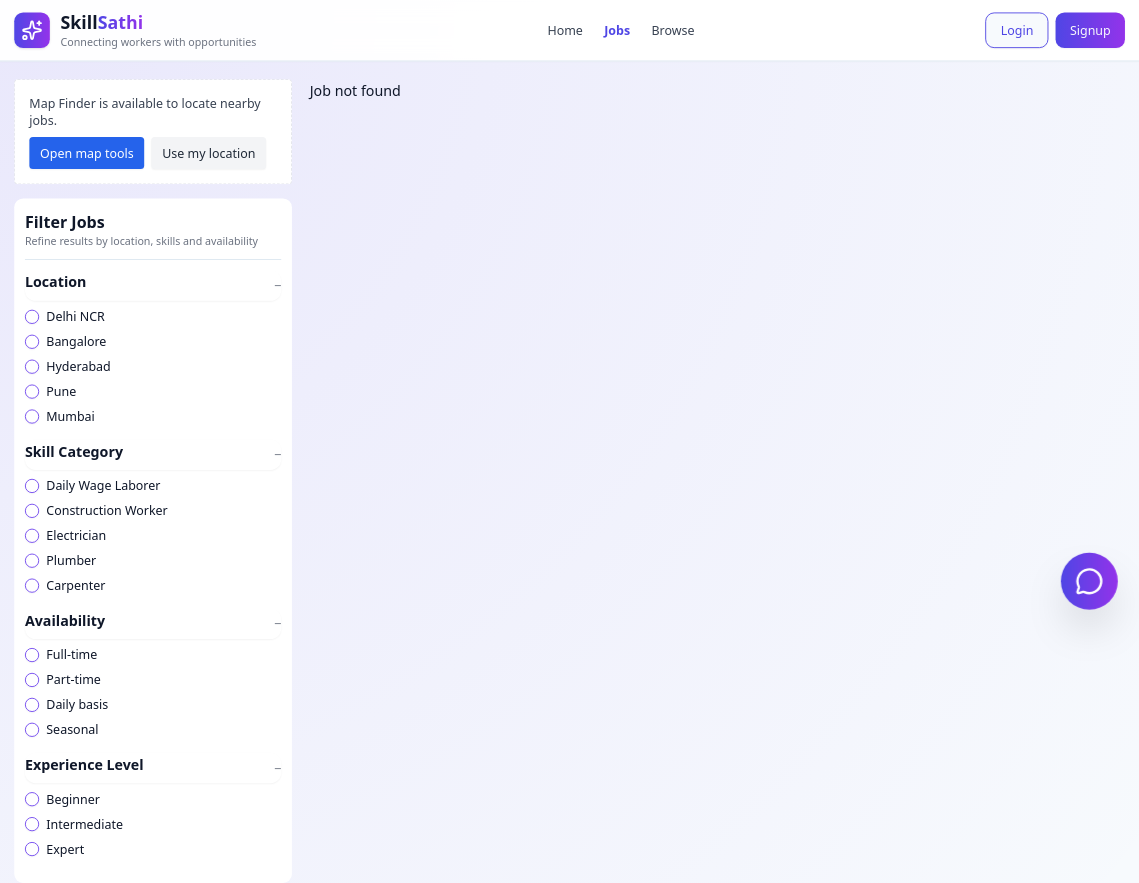
Repository: pi-AshuSingh/SkillSathi
Page: /jobs (app in frontend/)
The author's editor kept a copy of each file at every save. The page is drawn from the files as they stood at one save, then again after the next save.
The browser window is 1280 px wide. The pictures show the whole page, at 89% of full size.
The project was rebuilt for these pictures with package versions that can differ from the ones it lists, and the page was loaded fresh each time. Also part of the build but not shown: frontend/vite.config.js, frontend/src/components/ui/popover.jsx, frontend/src/components/ui/avatar.jsx, frontend/src/components/ui/input.jsx, frontend/src/components/ui/radio-group.jsx, frontend/src/components/auth/Login.jsx, frontend/src/components/auth/Signup.jsx, frontend/src/components/HeroSection.jsx and 37 more.

Above is the page before, as saved 2025-11-11 08:54:44.

### frontend/index.html
<!doctype html>
<html lang="en">
  <head>
    <meta charset="UTF-8" />
    <link rel="icon" type="image/svg+xml" href="/vite.svg" />
    <meta name="viewport" content="width=device-width, initial-scale=1.0" />
    <title>SkillSathi</title>
  </head>
  <body>
    <div id="root"></div>
    <script type="module" src="/src/main.jsx"></script>
  </body>
</html>

### frontend/src/index.css
@tailwind base;
@tailwind components;
@tailwind utilities;

@layer base {
  :root {
    /* Light mode colors */
    --background: 210 60% 98%;
    --foreground: 222 47% 11%;

    --card: 210 65% 96%;
    --card-foreground: 222 47% 11%;

    --popover: 210 65% 96%;
    --popover-foreground: 222 47% 11%;

    --primary: 255 84% 60%; /* vibrant blue */
    --primary-foreground: 210 40% 98%;

    --secondary: 300 45% 70%; /* gentle purple */
    --secondary-foreground: 255 84% 60%;

    --muted: 210 40% 95%;
    --muted-foreground: 210 20% 50%;

    --accent: 46 85% 65%; /* fresh green */
    --accent-foreground: 210 40% 98%;

    --destructive: 344 85% 58%; /* soft red */
    --destructive-foreground: 210 40% 98%;

    --border: 210 40% 90%;
    --input: 210 40% 90%;
    --ring: 255 84% 70%;

    --radius: 0.75rem;
    --shadow-sm: 0 1px 2px rgb(0 0 0 / 0.05);
    --shadow-md: 0 4px 6px rgb(0 0 0 / 0.1);
    --shadow-lg: 0 10px 15px rgb(0 0 0 / 0.15);
  }

  .dark {
    /* Dark mode colors */
    --background: 222 20% 15%;
    --foreground: 210 40% 98%;

    --card: 222 20% 20%;
    --card-foreground: 210 40% 98%;

    --popover: 222 20% 20%;
    --popover-foreground: 210 40% 98%;

    --primary: 255 84% 70%;
    --primary-foreground: 222 47% 11%;

    --secondary: 300 55% 75%;
    --secondary-foreground: 255 84% 70%;

    --muted: 222 20% 25%;
    --muted-foreground: 210 20% 70%;

    --accent: 140 60% 55%;
    --accent-foreground: 210 40% 98%;

    --destructive: 344 70% 58%;
    --destructive-foreground: 210 40% 98%;

    --border: 222 20% 25%;
    --input: 222 20% 25%;
    --ring: 255 84% 90%;
  }
}

@layer base {
  * {
    @apply border-border;
    transition-property: background-color, border-color, color, fill, stroke, box-shadow, transform;
    transition-duration: 300ms;
    transition-timing-function: cubic-bezier(0.4, 0, 0.2, 1);
  }

  body {
    @apply bg-background text-foreground font-sans leading-relaxed;
    background-image: radial-gradient(circle at top left, hsl(var(--primary) / 0.1), transparent);
  }

  button {
    @apply shadow-sm rounded-[var(--radius)] hover:shadow-md focus:outline-none focus:ring-2 focus:ring-offset-2 focus:ring-primary;
  }

  .card {
    @apply bg-card text-card-foreground p-6 rounded-[var(--radius)] shadow-md hover:shadow-lg transition-shadow;
  }

  input[type="text"], textarea, select {
    @apply bg-input border border-border rounded-[var(--radius)] px-4 py-2 focus:outline-none focus:ring-2 focus:ring-offset-1 focus:ring-accent transition;
  }
}

### frontend/src/components/ui/sonner.jsx
import { useTheme } from "next-themes"
import { Toaster as Sonner } from "sonner"

const Toaster = ({
  ...props
}) => {
  const { theme = "system" } = useTheme()

  return (
    (<Sonner
      theme={theme}
      className="toaster group"
      toastOptions={{
        classNames: {
          toast:
            "group toast group-[.toaster]:bg-background group-[.toaster]:text-foreground group-[.toaster]:border-border group-[.toaster]:shadow-lg",
          description: "group-[.toast]:text-muted-foreground",
          actionButton:
            "group-[.toast]:bg-primary group-[.toast]:text-primary-foreground",
          cancelButton:
            "group-[.toast]:bg-muted group-[.toast]:text-muted-foreground",
        },
      }}
      {...props} />)
  );
}

export { Toaster }

### frontend/src/components/Jobs.jsx
import React, { useEffect, useState, Suspense } from 'react'
import Navbar from './shared/Navbar'
import FilterCard from './FilterCard'
const MapFinder = React.lazy(() => import('./MapFinder'))
import Job from './Job';
import { useSelector } from 'react-redux';
import { motion } from 'framer-motion';

// const jobsArray = [1, 2, 3, 4, 5, 6, 7, 8];

const Jobs = () => {
    const { allJobs, searchedQuery } = useSelector(store => store.job);
    const [filterJobs, setFilterJobs] = useState(allJobs);
    const [showMap, setShowMap] = useState(false);

    useEffect(() => {
        if (searchedQuery) {
            // Split the query by spaces to get individual filter terms
            const filterTerms = searchedQuery.toLowerCase().split(' ').filter(term => term.length > 0);

            const filteredJobs = allJobs.filter((job) => {
                // Check if any of the filter terms match job properties
                return filterTerms.some(term =>
                    job.title.toLowerCase().includes(term) ||
                    job.description.toLowerCase().includes(term) ||
                    job.location.toLowerCase().includes(term) ||
                    (job.requirements && job.requirements.some(req => req.toLowerCase().includes(term))) ||
                    (job.jobType && job.jobType.toLowerCase().includes(term)) ||
                    (job.experienceLevel && job.experienceLevel.toString().toLowerCase().includes(term))
                );
            });
            setFilterJobs(filteredJobs);
        } else {
            setFilterJobs(allJobs);
        }
    }, [allJobs, searchedQuery]);

    return (
        <div>
            <Navbar />
            <div className='max-w-7xl mx-auto mt-5 px-4'>
                <div className='flex gap-5 flex-col md:flex-row'>
                    <div className='w-full md:w-1/4'>
                        <div className="mb-4">
                            {!showMap ? (
                                <div className="p-4 rounded border border-dashed border-gray-200 bg-white">
                                    <div className="text-sm text-gray-700 mb-2">Map Finder is available to locate nearby jobs.</div>
                                    <div className="flex gap-2">
                                        <button
                                            onMouseEnter={() => import('./MapFinder')}
                                            onClick={() => setShowMap(true)}
                                            className="px-3 py-2 bg-blue-600 text-white rounded text-sm hover:bg-blue-700"
                                        >
                                            Open map tools
                                        </button>
                                        <button
                                            className="px-3 py-2 bg-gray-100 text-gray-800 rounded text-sm"
                                            onClick={() => { navigator.geolocation ? navigator.geolocation.getCurrentPosition(()=>{}) : null }}
                                        >
                                            Use my location
                                        </button>
                                    </div>
                                </div>
                            ) : (
                                <Suspense fallback={<div className="p-3 rounded bg-gray-50 text-sm">Loading map tools…</div>}>
                                    <MapFinder />
                                </Suspense>
                            )}
                        </div>
                        <FilterCard />
                    </div>
                    {
                        filterJobs.length <= 0 ? <span>Job not found</span> : (
                            <div className='flex-1 h-auto md:h-[80vh] overflow-y-auto pb-5'>
                                <div className='grid grid-cols-1 sm:grid-cols-2 lg:grid-cols-3 gap-4'>
                                    {
                                        filterJobs.map((job) => (
                                            <motion.div
                                                initial={{ opacity: 0, x: 100 }}
                                                animate={{ opacity: 1, x: 0 }}
                                                exit={{ opacity: 0, x: -100 }}
                                                transition={{ duration: 0.3 }}
                                                key={job?._id}>
                                                <Job job={job} />
                                            </motion.div>
                                        ))
                                    }
                                </div>
                            </div>
                        )
                    }
                </div>
            </div>


        </div>
    )
}

export default Jobs

### frontend/src/components/ui/button.jsx
import * as React from "react"
import { Slot } from "@radix-ui/react-slot"
import { cva } from "class-variance-authority";

import { cn } from "@/lib/utils"

const buttonVariants = cva(
  "inline-flex items-center justify-center whitespace-nowrap rounded-md text-sm font-medium ring-offset-background transition-colors focus-visible:outline-none focus-visible:ring-2 focus-visible:ring-ring focus-visible:ring-offset-2 disabled:pointer-events-none disabled:opacity-50",
  {
    variants: {
      variant: {
        default: "bg-primary text-primary-foreground hover:bg-primary/90",
        destructive:
          "bg-destructive text-destructive-foreground hover:bg-destructive/90",
        outline:
          "border border-input bg-background hover:bg-accent hover:text-accent-foreground",
        secondary:
          "bg-secondary text-secondary-foreground hover:bg-secondary/80",
        ghost: "hover:bg-accent hover:text-accent-foreground",
        link: "text-primary underline-offset-4 hover:underline",
      },
      size: {
        default: "h-10 px-4 py-2",
        sm: "h-9 rounded-md px-3",
        lg: "h-11 rounded-md px-8",
        icon: "h-10 w-10",
      },
    },
    defaultVariants: {
      variant: "default",
      size: "default",
    },
  }
)

const Button = React.forwardRef(({ className, variant, size, asChild = false, ...props }, ref) => {
  const Comp = asChild ? Slot : "button"
  return (
    (<Comp
      className={cn(buttonVariants({ variant, size, className }))}
      ref={ref}
      {...props} />)
  );
})
Button.displayName = "Button"

export { Button, buttonVariants }

### frontend/src/components/FilterCard.jsx
import React, { useEffect, useState } from 'react'
import { Label } from './ui/label'
import { useDispatch } from 'react-redux'
import { setSearchedQuery } from '@/redux/jobSlice'
import { Checkbox } from './ui/checkbox'
import { Button } from './ui/button'
import { X } from 'lucide-react'

const filterData = [
  {
    filterType: "Location",
    array: ["Delhi NCR", "Bangalore", "Hyderabad", "Pune", "Mumbai"]
  },
  {
    filterType: "Skill Category",
    array: ["Daily Wage Laborer", "Construction Worker", "Electrician", "Plumber", "Carpenter"]
  },
  {
    filterType: "Availability",
    array: ["Full-time", "Part-time", "Daily basis", "Seasonal"]
  },
  {
    filterType: "Experience Level",
    array: ["Beginner", "Intermediate", "Expert"]
  }
]

const FilterCard = () => {
  const [selectedFilters, setSelectedFilters] = useState([]);
  const [openSections, setOpenSections] = useState(() => filterData.reduce((acc, cur) => ({ ...acc, [cur.filterType]: true }), {}));
  const dispatch = useDispatch();

  const handleCheckboxChange = (value, isChecked) => {
    if (isChecked) {
      setSelectedFilters(prev => [...prev, value]);
    } else {
      setSelectedFilters(prev => prev.filter(item => item !== value));
    }
  }

  const clearAllFilters = () => {
    setSelectedFilters([]);
  }

  const toggleSection = (section) => {
    setOpenSections(prev => ({ ...prev, [section]: !prev[section] }));
  }

  const removeFilter = (value) => {
    setSelectedFilters(prev => prev.filter(item => item !== value));
  }

  useEffect(() => {
    // Join all selected filters into a single search query
    const query = selectedFilters.join(' ');
    dispatch(setSearchedQuery(query));
  }, [selectedFilters, dispatch]);

  return (
    // Make sidebar sticky so filters stay visible while scrolling
    <aside className='w-full bg-white p-3 rounded-md sticky top-24'>
      <div className='flex items-center justify-between mb-3'>
        <div>
          <h1 className='font-bold text-lg'>Filter Jobs</h1>
          <p className='text-xs text-gray-500'>Refine results by location, skills and availability</p>
        </div>
        <div className='flex items-center gap-2'>
          {selectedFilters.length > 0 && (
            <Button
              variant="ghost"
              size="sm"
              onClick={clearAllFilters}
              className="text-xs"
            >
              Clear All
            </Button>
          )}
        </div>
      </div>
      <hr className='mb-3' />
      {
        filterData.map((data, index) => (
          <div key={index} className='mb-4'>
            <button
              type='button'
              aria-expanded={openSections[data.filterType]}
              onClick={() => toggleSection(data.filterType)}
              className='w-full flex items-center justify-between'
            >
              <h2 className='font-semibold text-md mb-2 text-left'>{data.filterType}</h2>
              <span className='text-sm text-gray-500'>{openSections[data.filterType] ? '−' : '+'}</span>
            </button>

            {openSections[data.filterType] && (
              <div className='mt-2'>
                {data.array.map((item, idx) => {
                  const itemId = `filter-${index}-${idx}`;
                  const isChecked = selectedFilters.includes(item);

                  return (
                    <div className='flex items-center space-x-2 my-2' key={itemId}>
                      <Checkbox
                        id={itemId}
                        checked={isChecked}
                        onCheckedChange={(checked) => handleCheckboxChange(item, checked)}
                      />
                      <Label
                        htmlFor={itemId}
                        className="cursor-pointer text-sm font-normal"
                      >
                        {item}
                      </Label>
                    </div>
                  )
                })}
              </div>
            )}
          </div>
        ))
      }
      {selectedFilters.length > 0 && (
        <div className='mt-4 p-2 bg-gray-100 rounded-md'>
          <p className='text-xs font-semibold mb-2'>Active Filters</p>
          <div className='flex flex-wrap gap-2'>
            {selectedFilters.map((filter, idx) => (
              <button
                key={idx}
                onClick={() => removeFilter(filter)}
                className='flex items-center gap-1 text-xs bg-blue-100 text-blue-800 px-2 py-1 rounded-full hover:bg-blue-200'
                aria-label={`Remove filter ${filter}`}
              >
                <span>{filter}</span>
                <X className='w-3 h-3' />
              </button>
            ))}
          </div>
        </div>
      )}
    </aside>
  )
}

export default FilterCard;

### frontend/src/components/ui/checkbox.jsx
import * as React from "react"
import * as CheckboxPrimitive from "@radix-ui/react-checkbox"
import { Check } from "lucide-react"

import { cn } from "@/lib/utils"

const Checkbox = React.forwardRef(({ className, ...props }, ref) => (
  <CheckboxPrimitive.Root
    ref={ref}
    className={cn(
      "peer h-4 w-4 shrink-0 rounded-sm border border-primary ring-offset-background focus-visible:outline-none focus-visible:ring-2 focus-visible:ring-ring focus-visible:ring-offset-2 disabled:cursor-not-allowed disabled:opacity-50 data-[state=checked]:bg-primary data-[state=checked]:text-primary-foreground",
      className
    )}
    {...props}
  >
    <CheckboxPrimitive.Indicator
      className={cn("flex items-center justify-center text-current")}
    >
      <Check className="h-4 w-4" />
    </CheckboxPrimitive.Indicator>
  </CheckboxPrimitive.Root>
))
Checkbox.displayName = CheckboxPrimitive.Root.displayName

export { Checkbox }

Loaded but not shown: frontend/src/main.jsx (common file); frontend/src/redux/authSlice.js (common file); frontend/src/redux/applicationSlice.js (common file); frontend/src/components/ui/label.jsx (common file); frontend/src/lib/utils.js (common file); frontend/tailwind.config.js (common file); frontend/src/redux/jobSlice.js (43 lines, source omitted); frontend/src/redux/store.js (43 lines, source omitted); frontend/src/redux/companySlice.js (24 lines, source omitted); frontend/src/utils/constant.js (9 lines, source omitted); frontend/src/components/Chatbot.jsx (275 lines, source omitted); frontend/src/components/shared/Navbar.jsx (140 lines, source omitted); frontend/src/App.jsx (196 lines, source omitted)

After the next save:
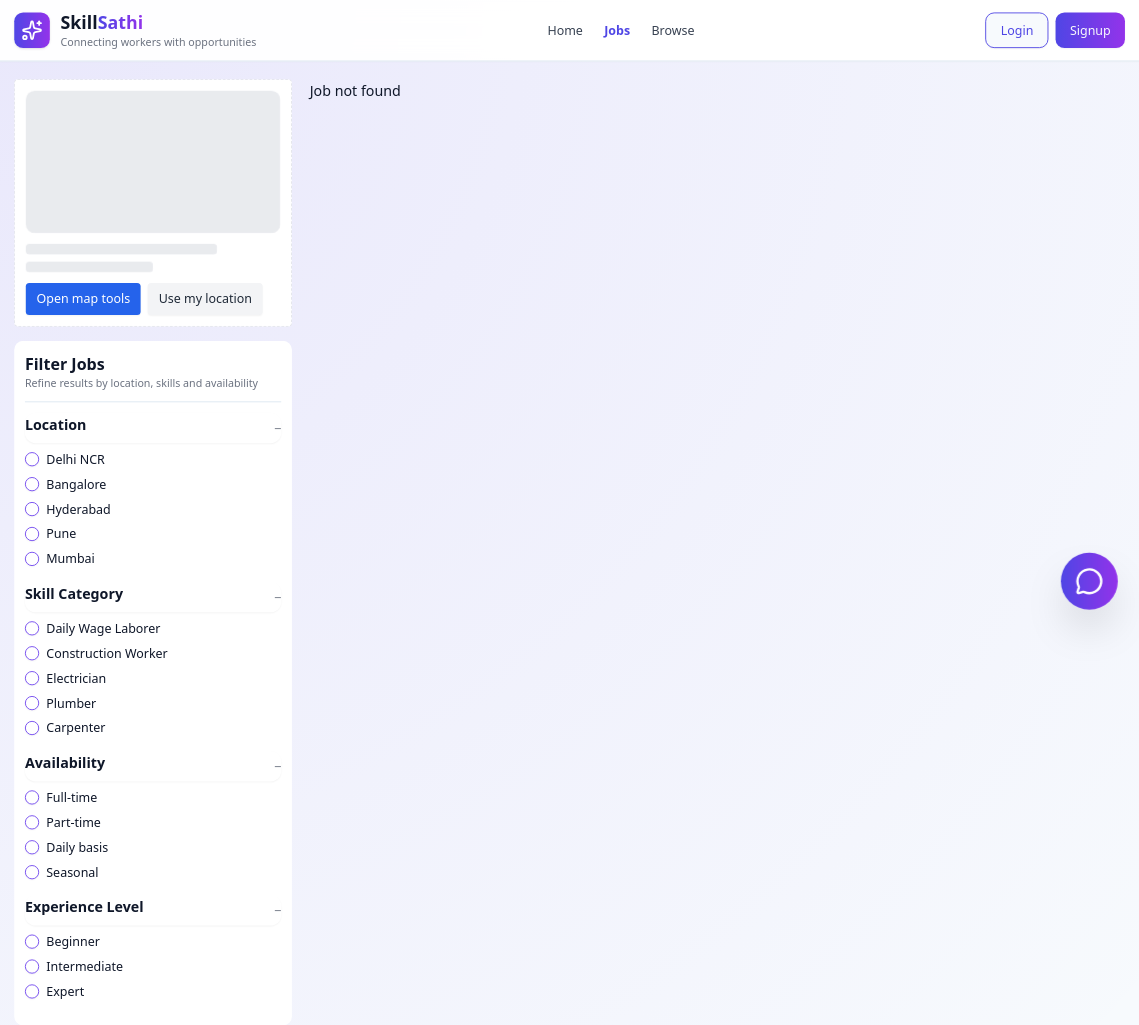
Saved 86 s later.
--- a/frontend/src/components/Jobs.jsx
+++ b/frontend/src/components/Jobs.jsx
@@ -43,17 +43,25 @@ const Jobs = () => {
                     <div className='w-full md:w-1/4'>
                         <div className="mb-4">
                             {!showMap ? (
-                                <div className="p-4 rounded border border-dashed border-gray-200 bg-white">
-                                    <div className="text-sm text-gray-700 mb-2">Map Finder is available to locate nearby jobs.</div>
+                                <div className="p-3 rounded border border-dashed border-gray-200 bg-white">
+                                    <div className="mb-3">
+                                        <div className="w-full h-40 bg-gray-200 rounded-md overflow-hidden animate-pulse" aria-hidden="true"></div>
+                                    </div>
+                                    <div className="space-y-2 mb-3">
+                                        <div className="h-3 bg-gray-200 rounded w-3/4 animate-pulse"></div>
+                                        <div className="h-3 bg-gray-200 rounded w-1/2 animate-pulse"></div>
+                                    </div>
                                     <div className="flex gap-2">
                                         <button
+                                            aria-label="Open map tools"
                                             onMouseEnter={() => import('./MapFinder')}
                                             onClick={() => setShowMap(true)}
-                                            className="px-3 py-2 bg-blue-600 text-white rounded text-sm hover:bg-blue-700"
+                                            className="px-3 py-2 bg-blue-600 text-white rounded text-sm hover:bg-blue-700 focus:outline-none focus:ring-2 focus:ring-blue-400"
                                         >
                                             Open map tools
                                         </button>
                                         <button
+                                            aria-label="Use my location"
                                             className="px-3 py-2 bg-gray-100 text-gray-800 rounded text-sm"
                                             onClick={() => { navigator.geolocation ? navigator.geolocation.getCurrentPosition(()=>{}) : null }}
                                         >
@@ -62,7 +70,15 @@ const Jobs = () => {
                                     </div>
                                 </div>
                             ) : (
-                                <Suspense fallback={<div className="p-3 rounded bg-gray-50 text-sm">Loading map tools…</div>}>
+                                <Suspense fallback={
+                                    <div className="p-3 rounded bg-white border border-gray-100">
+                                        <div className="w-full h-48 bg-gray-200 rounded-md mb-3 animate-pulse" aria-hidden="true"></div>
+                                        <div className="flex items-center gap-2">
+                                            <div className="h-8 w-32 bg-gray-200 rounded animate-pulse"></div>
+                                            <div className="h-8 w-24 bg-gray-200 rounded animate-pulse"></div>
+                                        </div>
+                                    </div>
+                                }>
                                     <MapFinder />
                                 </Suspense>
                             )}
